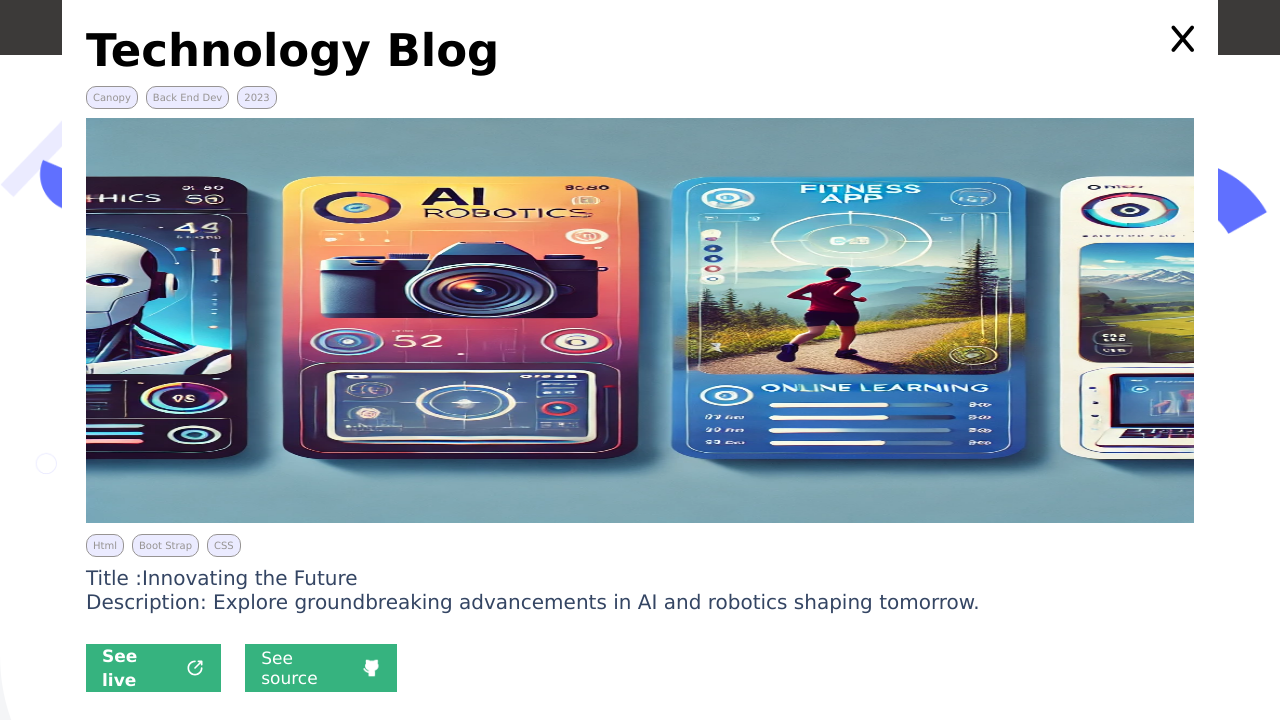
Repository: usman3123/portfolio-template-3
Page: index.html
An editor plug-in stored every save of this project. The page is shown before and after the next save, followed by the edit.
The browser window is 1280 px wide. The pictures show the window.
Empty fields were first filled with sample values (such as "Sample", 5 or name@example.com).
After loading, the first visible `#cardbtn` was clicked once.
A layer covers the whole window, so only the first screen is drawn. Some web libraries are served in a nearby version.

Above is the page before, as saved 2025-02-03 12:08:58.

### index.html
<!DOCTYPE html>
<html lang="en">
<head>
  <meta charset="UTF-8">
  <meta name="viewport" content="width=device-width, initial-scale=1.0">
  <title>project 2</title>
  <link rel="stylesheet" href="style.css">
  <link href='https://unpkg.com/boxicons@2.1.4/css/boxicons.min.css' rel='stylesheet'>
  <link rel="stylesheet" href="https://cdnjs.cloudflare.com/ajax/libs/font-awesome/6.6.0/css/all.min.css" integrity="sha512-Kc323vGBEqzTmouAECnVceyQqyqdsSiqLQISBL29aUW4U/M7pSPA/gEUZQqv1cwx4OnYxTxve5UMg5GT6L4JJg==" crossorigin="anonymous" referrerpolicy="no-referrer" />
  <link rel="stylesheet" href="https://cdnjs.cloudflare.com/ajax/libs/font-awesome/6.6.0/css/all.min.css" integrity="sha512-Kc323vGBEqzTmouAECnVceyQqyqdsSiqLQISBL29aUW4U/M7pSPA/gEUZQqv1cwx4OnYxTxve5UMg5GT6L4JJg==" crossorigin="anonymous" referrerpolicy="no-referrer" />

  <link rel="stylesheet" href="https://cdnjs.cloudflare.com/ajax/libs/font-awesome/6.7.2/css/all.min.css">
  <link rel="preconnect" href="https://fonts.googleapis.com">
<link rel="preconnect" href="https://fonts.gstatic.com" crossorigin>
<link href="https://fonts.googleapis.com/css2?family=Poppins:ital,wght@0,100;0,200;0,300;0,400;0,500;0,600;0,700;0,800;0,900;1,100;1,200;1,300;1,400;1,500;1,600;1,700;1,800;1,900&display=swap" rel="stylesheet">
</head>

<body>
<section class="wholebody">
  <section class="webpage">
    <!-- Navbar -->

   <div class="hero-page">
    <div class="header-div">
      <nav class="nav-bar flex">
          <h4 class="nav-heading">My Logo</h4>
          <div class="nav-links flex">
              <a href="#myportfolio" class="link">Portfolo</a>
              <a href="#myabout" class="link">About</a>
              <a href="#mycontact" class="link" >Contact</a>
          </div>
          <i class="fa-solid fa-light fa-bars fa-xl " id="nav-icon"></i>
      </nav>
  </div>

    <!-- Main Content -->
    <section id="myportfolio" class="hero-section flex">
      <div class="hero-content flex">
          <h1 class="hero-head"> I'm USMAN!
            Glad to see you.
        </h1>
        <p class="hero-p">
           I'm a software developer! I can help you build a product , feature or website Look through  some of my work and experience! If you like what you see and have a project you need coded, don’t hesitate to contact me.
        </p>
       <p class="let-connect"> LET'S CONNECT</p>

        <div class="icons flex">
            <img src="/assets/twitter.png" class="media-icon">
            <img src="assets/Linkedin.png" class="media-icon">
            <img src="assets/M.png" class="media-icon">
            <img src="assets/Github.png" class="media-icon">
            <img src="assets/V.png" class="media-icon">
        </div>
      </div>
    </section>

   </div>
    <!-- Cards Section -->

    <div class="overlay">
      <section class="cards flex">

      </section>

    </div>

     <!-- ABOUT MYSELF -->

     <section id="myabout" class="about flex">

      <div class="about-intro flex">
        <h1 class="about-head">About Myself</h1>
        <p class="about-paragraph">Hello I'm a software developer! I can help you build a product , feature or website Look through some of my work and experience! If you like what you see and have a project you need coded, don't hesitate to contact me.</p>
          <p class="connect">Let's Connect</p>
          <div class="icons flex icon-gap">
            <img src="assets/twitter.png" class="twitter">
            <img src="assets/Linkedin.png" class="inimage">
            <img src="assets/M.png" class="mimage">
            <img src="assets/Github.png" class="tomimage">
            <img src="assets/V.png" class="protocol">
        </div>
        <button class="content-btn rsm-btn"> Get my resume</button>
      </div>

      <div class="about-skills flex">
        <div class="about-all flex">
          <p>Languages</p>
          <i class='bx bx-chevron-down'></i>
        </div>
        <div class="about-lang flex">
          <div class="about-lang-img flex">
            <i class="fa-brands fa-js sty-i" style="color: #ff0000;"></i>
            <p>JavaScript</p>
          </div>
          <div class="about-lang-img flex">
            <i class="fa-brands fa-html5 sty-i" style="color: #FFD43B;"></i>
            <p>Html</p>

          </div>
          <div class="about-lang-img flex">
            <i class="fa-brands fa-css3-alt sty-i" style="color: #74C0FC;"></i>
            <p>css</p>
          </div>
        </div>
        <div class="about-all flex">
          <p> Frameworks</p>
          <i class='bx bx-chevron-right'></i>
        </div>
        <div class="about-all flex">
          <p>Skills</p>
          <i class='bx bx-chevron-right'></i>
          </div>
          </div>
    </section>


    <!-- Contact section -->

      <section id="mycontact" class="contact-section flex">
      <h1 class="contact-heading">Contact Me</h1>
      <p class="contact-description flex">
          If you have an application you are interested in developing, a feature that you need built, or a project that needs coding, I'd love to help with it!
      </p>
      <form class="contact-form flex">
          <input class="form-input" type="text" placeholder="Your Name">
          <input class="form-input" type="email" placeholder="Your Email">
          <textarea class="form-message" placeholder="Write your message here..."></textarea>
          <button class="form-button flex">Get in Touch</button>
      </form>

  </section>
  </section>

</section>
<div class="container"></div>


<script src="index.js"></script>
</body>
</html>

### style.css
*{
    margin: 0;
    padding: 0;
    box-sizing: border-box;
}

body {
    font-family: Verdana, Geneva, Tahoma, sans-serif;
    background-color: #f4f5f7;
    position: relative;
}


.flex {
    display: flex;
}

/* nav-bar */

.header-div {
    background-color: #3c3a39;
    width: 100%;
}

.nav-bar {
    justify-content: space-between;
    color: white;
    max-width: 1204px;
    align-items: center;
    padding: 10px 24px;
}

.nav-heading {
    font-size: 30px;
    padding-left: 120px;
}

.nav-links {
    gap: 40px;
    align-items: center;
    font-size: 25px;
    display: none;
}
.nav-icon {
    display: flex;
    width: 24px;
}



/* hero-section */

.hero-page {
    background-color: white;
    border-bottom-left-radius: 190px;
    background-image: url(/assets/Header\ bg@2x.png);
    background-size: contain;
    max-height: 846px;
    background-position: center;
    background-repeat: no-repeat;
    max-width: 1440px;
}
.hero-section {
    height: 846px;
    align-items: center;
    justify-content: center;
    padding-left: 20%;
}
.hero-content {
    flex-direction: column;
    gap: 20px;
}
.hero-head {
    font-size: 48px;
    font-weight: 700;
    width: 35%;
}

.hero-p {
    font-size: 25px;
    line-height: 28px;
    color: #344563;

    width: 73%;
}

.let-connect {
    color: #1d32f7;
    font-size: 20px;
    font-weight: 500;
    line-height: 24px;
}

.media-icon {
    height: 35px;
}

.icons {
    gap: 10px;
}

.nav-head {
    max-width: 1440px;
    width: 100%;
}
.enable {
    color: blue;
}
.link {
    color: white;
    text-decoration: none;
}

/* card-section */

.cards {
    flex-direction: column;
    align-items: center;
    gap:142px;
    padding: 24px;
    position: relative;
}
.card {
    background-color: white;
    max-width: 1156px;
    max-height: 496px;
    width: 100%;
    padding: 24px;
    gap: 20px;
}
.card-img {
    max-width: 544px;
    width: 50%;
    border-radius:8px ;
}

.card-content {
    flex-direction: column;
    gap: 24px;
}

.card-head {
    font-size: 40px;
    font-weight: 700;
    line-height: 52px;
}
#photo-content {
    font-size: 40px;
    font-weight: 700;
    line-height: 52px;
}
.content-p {
    font-size: 20px;
    font-weight: 400;
    line-height: 24px;
}
.content-sp {
    font-size: 20px;
    font-weight: 400;
    line-height: 24px;
}

.languages {
    gap: 8px;
    align-items: center;
}

.lang {
    padding: 4px 12px;
    color: #6070ff;
    background-color: #ebebff;
    border-radius: 10px;
}

.content-btn {
    max-width: 126px;
    width: 100%;
    padding: 4px 12px;
    color: #6070ff;
    background-color: #ebebff;
    border-radius: 10px;
    padding: 10px;
    border: 1px solid blue;
    font-size: 15px;
}

/* about-section */

.about {
    padding: 10%;
    gap: 30px;
}

.about-intro {
    flex-direction: column;
    max-width: 447px;
    max-height: 331px;
    gap: 10px;
}

.about-head {
    font-size: 30px;
    font-weight: 700;
    line-height: 52px;
}
.about-paragraph {
    font-size: 16px;
    line-height: 24px;
}
.connect {
    color: #6070ff;
    font-size: 25px;
}

.about-skills {
    max-width: 684px;
    flex-direction: column;
    width: 100%;
    gap: 20px;
}

.about-all {
    justify-content: space-between;
    font-size: 25px;
}
.about-lang {
    gap: 20px;
    padding: 12px;
}
.about-lang-img {
    flex-direction: column;
    gap: 12px;
}
.sty-i {
    font-size: 80px;
}
.about-lang-img > p {
    font-size: 25px;
}
.contact-section {
    flex-direction: column;
    align-items: center;
    gap: 24px;
    background-color: #6070ff;
    background-image: url(/assets/contact\ form\ background\ shapes@2x.png);
    background-size: contain;
    background-repeat: no-repeat;
    border-top-left-radius: 100px;
    padding: 100px 24px;
}
.contact-heading {
    font-size: 3rem;
    font-weight: 700;
    line-height: 5.2rem;
    color: white;
}
.contact-description {
    max-width: 569px;
    font-size: 1.5rem;
    text-align: center;
    color: white;
    max-height: 137px;

}
.contact-form {
    gap: 27px;
    flex-direction: column;
    max-width: 447px;
    width: 100%;
    align-items: center;
}

.form-input {
    padding: 15px 16px;
    background-color: white;
    color: black;
    font-size: 20px;
    width: 100%;
}
.form-message {
    color: black;
    font-size: 20px;
    padding: 15px 16px;
    height: 170px;
    width: 100%;
}
.form-button {
    padding: 12px 15px;
    color: blue;
    font-size: 17px;
    font-weight: 500;
    align-items: center;
    width: 130px;
}
html {
    font-size: 62.5%;
}

.container {
    max-width: 1156px;
    width: 100%;

}

.inner-container {
    padding: 24px;
    width: 100%;
    height: 100%;
    max-width: 1156px;
    max-height: 1163px;
    position: absolute;
    top: 228%;
    left: 50%;
    transform: translate(-50%,-50%);
    background-color: white;

}
.overlay {
    width: 100%;
    height: 100%;
    background: #f4f5f7;
    backdrop-filter: blur(8px);
}
.remove {
    display: none;
}

.blur {
    filter: blur(15px);
}
.heading > h2{
    align-items: center;
    justify-content: space-between;
}

.languages {
    gap: 8px;
}


.wrapimg {
    width: 100%;
    height: 60.3%;
    max-width: 1108px;
    max-height: 586px;
}

.p3 {
    display: none;
}

.paragraph {
    color: #344563;
    font-size: 2rem;
}

.btnimg {
    width: 20px;
    height: 20px;
}

.livebtn {
    width: 43.6%;
    height: 48px;
    gap: 20px;
    padding: 12px 16px;
    background-color: #36B37F;
    color: white;
    font-size: 17px;
    align-items: center;
}

.sourcebtn {
    width: 49%;
    height: 48px;
    gap: 20px;
    padding: 12px 16px;
    background-color: #36B37F;
    color: white;
    font-size: 17px;
    align-items: center;
}

.livebtn > p {
    font-size: 1.7rem;
    line-height: 2.4rem;
    font-weight: 700;
}

.buttons {
    width: 311px;
    height: 56px;
    gap: 24px;
    margin-top: 30px;
}

.btnimg {
    filter: brightness(0) invert(1);
}

.languages {
    padding: 9px 0;
}

.heading > h2 {
    font-size: 32px;
    line-height: 44px;
}
.icon-head {
    justify-content: space-between;
    font-size: 3rem;
}
.lang {
    font-size: 1rem;
    color: #979493;
    padding: 5px 6px;
    border: 1px solid #979493;
}

.style {
    position: fixed;
    transform: translate(-50%,-50%);
    top: 50%;
}

@media (max-width :600px) {
    .p1 {
     display: none;;
    }

    .p2 {
        display: none;
    }

    .p3 {
        display: block;
    }

    .wrap {
        flex-direction: column;
        padding-top: 20px;
    }

    .wrapimg {
        width: 100%;
        height: 29.3%;
        max-width: 872px;
        max-height: 616px;
    }

}








@media (max-width : 1100px) {
    .hero-head {
        width: 53%;
    }
    .card-head {
        font-size: 2rem;
    }
    #photo-head {
        font-size: 27px;
    }
    .content-p {
        font-size: 15px;
    }
    .content-sp {
        font-size: 15px;
        display: none;
    }
    .card-content {
        gap: 20px;
    }

}
@media (max-width :870px) {
    .card {
        flex-direction: column;
        max-height: 552px;
        padding: 16px;
    }
    .card {
        max-width: 327px;
    }
    .about {
        flex-direction: column;
    }
    .nav-heading {
        padding-left: 0px;
    }


}
@media (max-width : 870px) {
    .hero-head {
        width: 100%;
    }
    .hero-section {
        padding: 24px;
    }
    .hero-p {
        width: 100%;
    }
    .card-img {
        width: 100%;
        height: 18vh;
    }
    .card-content {
        gap: 2px;
    }
}
@media (min-width : 700px) {
    .nav-links {
        display: flex;
    }
    #nav-icon {
        display: none;
    }

}
@media (min-width : 1441px) {
    .card-content {
        gap: 30px;
    }
}

### index.js
arr = [
    {
        img : "/assets/card-1img.webp",
        h2 : "Technology Blog",
        paragraph1 : "Title :Innovating the Future",
        p_description : "Description: Explore groundbreaking advancements in AI and robotics shaping tomorrow.",
        paragraph2 :"Image Idea: A futuristic image showing AI robots collaborating with humans.",
        lang1 : "Html",
        lang2 : "CSS",
        lang3 : "JavaScript",
        lang5 : "Boot Strap",
        button : "See Project",
        year : "2023",
        cardimg : "/assets/card-1img.webp"
    },
    {
        img : "/assets/card-2img.webp",
        h2 : "Photography Portfolio",
        paragraph1 : "Title: Lens Stories",
        p_description : "Description: A collection of awe-inspiring moments captured around the globe.",
        paragraph2 :"Image Idea: A scenic view of mountains or a person with a camera.",
        lang1 : "Html",
        lang2 :"Ruby on Rails",
        lang3 : "CSS",
        lang4 : "JavaScript",
        lang5 : "Boot Strap",
        button : "See Project",
        year : "2024",
        cardimg :"/assets/card-2img.webp"
    },
    {
        img : "/assets/card-3img.webp",
        h2 : "Fitness App",
        paragraph1 : "Title: oveSmart",
        p_description :"Description: Your companion for tracking workouts and achieving fitness goals.",
        paragraph2 :"Image Idea: A person jogging with fitness metrics displayed.",
        lang1 : "Html",
        lang2 :"Ruby on Rails",
        lang3 : "CSS",
        lang4 : "JavaScript",
        lang5 : "Boot Strap",
        button : "See Project",
        year : "2025",
        cardimg : "/assets/card-3img.webp"
    },
    {
        img : "/assets/card-4img.webp" ,
        h2 : "Online Learning",
        paragraph1 : "Title: Skillify",
        p_description : "Description: Join courses from world-class instructors and master new skills.",
        paragraph2 :"Image Idea: A laptop with an open notebook and a student studying.",
        lang1 : "Html",
        lang2 :"Ruby on Rails",
        lang3 : "CSS",
        lang4 : "JavaScript",
        lang5 : "Boot Strap",
        button : "See Project",
        year : "2025",
        cardimg :"/assets/card-4img.webp"
    }
]

const cards = document.querySelector(".cards");
const body = document.querySelector("body");
const overlay = document.querySelector(".overlay");
const bodyy = document.querySelector(".wholebody");
const page =

arr.forEach((element) => {
    cards.innerHTML += `<div class="card flex">
      <img class="card-img" src= ${element.img} alt="CARD_!_IMG">
      <div class="card-content flex">
        <h2 class="card-head">${element.h2}</h2>
        <p class="content-p">${element.paragraph1}</p>
        <p class="content-sp">${element.p_description}</p>
        <p class="content-p">${element.paragraph2}</p>
        <div class="languages flex">
          <p class="lang">${element.lang1}</p>
          <p class="lang">${element.lang2}</p>
          <p class="lang">${element.lang3}</p>
        </div>
        <button id = "cardbtn" class="content-btn">${element.button}</button>
      </div>
    </div>
`
});
document.querySelectorAll("#cardbtn").forEach((btn, index) => {
  btn.addEventListener("click", () => {
    popup(arr[index]);
    overlay.classList.add("blur");
    document.querySelector(".inner-container").classList.add("style");
    document.querySelector(".container").style.display = "block";
  });
});
function popup(element) {
  const popup = document.querySelector(".container");
    popup.innerHTML =
      `<div class="inner-container">
    <div class="icon-head flex">
        <h2 class="heading flex">${element.h2}</h2>
        <i class="fa-solid fa-x" id = "close-popup" ></i>
    </div>
    <div class="languages flex">
        <p class="lang">Canopy</p>
        <p class="lang">Back End Dev</p>
        <p class="lang">${element.year}</p>
    </div>
    <img src= ${element.cardimg} class="wrapimg">
    <div class="languages flex">
        <p class="lang">${element.lang1}</p>
        <p class="lang">${element.lang5}</p>
        <p class="lang">${element.lang2}</p>
    </div>

    <div class="paragraph">
        <p class="p1">${element.paragraph1}</p>
        <p class="p2">${element.p_description}</p>
        <p class="p3">${element.paragraph2}</p>
    </div>

    <div class="buttons flex">
        <div class="livebtn flex">
            <p>See live</p>
            <img src="/assets/Icon - Export.svg" class="btnimg">
        </div>
        <div class="sourcebtn flex">
            <p>See source</p>
            <img src="/assets/Icon -GitHub.png" class="btnimg">
        </div>
    </div>

    </div>`;

    document.querySelector("#close-popup").addEventListener("click", () => {
      popup.style.display = "none";
      overlay.classList.remove("blur");
    });
  }

















{/* <div class="inner-container">
<div class="icon-head flex">
    <h2 class="heading flex">Tonic</h2>
    <i class="fa-solid fa-x" ></i>
</div>
<div class="languages flex">
    <p class="lang">Canopy</p>
    <p class="lang">Back End Dev</p>
    <p class="lang">2015</p>
</div>
<img src="/assets/Snapshoot Portfolio.png" class="wrapimg">
<div class="languages flex">
    <p class="lang">HTML</p>
    <p class="lang">Bootstrap</p>
    <p class="lang">Ruby on rails</p>
</div>

<div class="paragraph">
    <p class="p1">Lorem Ipsum is simply dummy text of the printing and typesetting industry. Lorem Ipsum has been the industry's standard dummy text ever since the 1500s, when an unknown printer took a galley of type and scrambled it 1960s.</p>
    <p class="p2">Lorem Ipsum is simply dummy text of the printing and typesetting industry. Lorem Ipsum has been the industry's standard dummy text ever since the 1500s, when an unknown printer took a galley of type and scrambled it 1960s with the releax map lapora verita.</p>
    <p class="p3">Lorem Ipsum is simply dummy text of the printing and typesetting industry. Lorem Ipsum has been the industry's standard dummy text ever since the 1500s, when an unknown printer took a galley of type and scrambled it to make a type specimen book. It has survived not only five centuries, but also the leap into electronic typesetting, remaining essent</p>
</div>

<div class="buttons flex">
    <div class="livebtn flex">
        <p>See live</p>
        <img src="/assets/Icon - Export.svg" class="btnimg">
    </div>
    <div class="sourcebtn flex">
        <p>See source</p>
        <img src="/assets/Icon -GitHub.png" class="btnimg">
    </div>
</div>

</div>
 */}














/* <div class="card flex">
      <img class="card-img" src="/assets/card-1img.webp" alt="CARD_!_IMG">
      <div class="card-content flex">
        <h2 class="card-head">Technology Blog</h2>
        <p class="content-p">Title: "Innovating the Future"</p>
        <p class="content-sp">Description: "Explore groundbreaking advancements in AI and robotics shaping tomorrow."</p>
        <p class="content-p">Image Idea: A futuristic image showing AI robots collaborating with humans.</p>
        <div class="languages flex">
          <p class="lang">Html</p>
          <p class="lang">CSS</p>
          <p class="lang">JavaScript</p>
        </div>
        <button class="content-btn">See Project</button>
      </div>
    </div>
    <div class="card flex">
      <img class="card-img" src="/assets/card-2img.webp" alt="CARD_!_IMG">
      <div class="card-content flex">
        <h2 id="photo-head">Photography Portfolio</h2>
        <p class="content-p">Title: "Lens Stories"<p>
        <p class="content-sp">Description: "A collection of awe-inspiring moments captured around the globe."</p>
        <p class="content-p">Image Idea: A scenic view of mountains or a person with a camera.
        </p>
        <div class="languages flex">
          <p class="lang">Html</p>
          <p class="lang">Ruby on Rails</p>
          <p class="lang">CSS</p>
          <p class="lang">JavaScript</p>
        </div>
        <button class="content-btn">See Project</button>
      </div>
    </div>
    <div class="card flex">
      <img class="card-img" src="/assets/card-3img.webp" alt="CARD_!_IMG">
      <div class="card-content flex">
        <h2 class="card-head">Fitness App</h2>
        <p class="content-p">Title: "MoveSmart"<p>
        <p class="content-sp">Description: "Your companion for tracking workouts and achieving fitness goals."</p>
        <p class="content-p">Image Idea: A person jogging with fitness metrics displayed.</p>
        <div class="languages flex">
          <p class="lang">Html</p>
          <p class="lang">Ruby on Rails</p>
          <p class="lang">CSS</p>
          <p class="lang">JavaScript</p>
        </div>
        <button class="content-btn">See Project</button>
      </div>
    </div>
    <div class="card flex">
      <img class="card-img" src="/assets/card-4img.webp" alt="CARD_!_IMG">
      <div class="card-content flex">
        <h2 class="card-head">Online Learning</h2>
        <p class="content-p">Title: "Skillify"p>
        <p class="content-sp">Description: "Join courses from world-class instructors and master new skills."</p>
        <p class="content-p">Image Idea: A laptop with an open notebook and a student studying.</p>
        <div class="languages flex">
          <p class="lang">Html</p>
          <p class="lang">Ruby on Rails</p>
          <p class="lang">CSS</p>
          <p class="lang">JavaScript</p>
        </div>
        <button class="content-btn">See Project</button>
      </div>
    </div> */

After the next save:
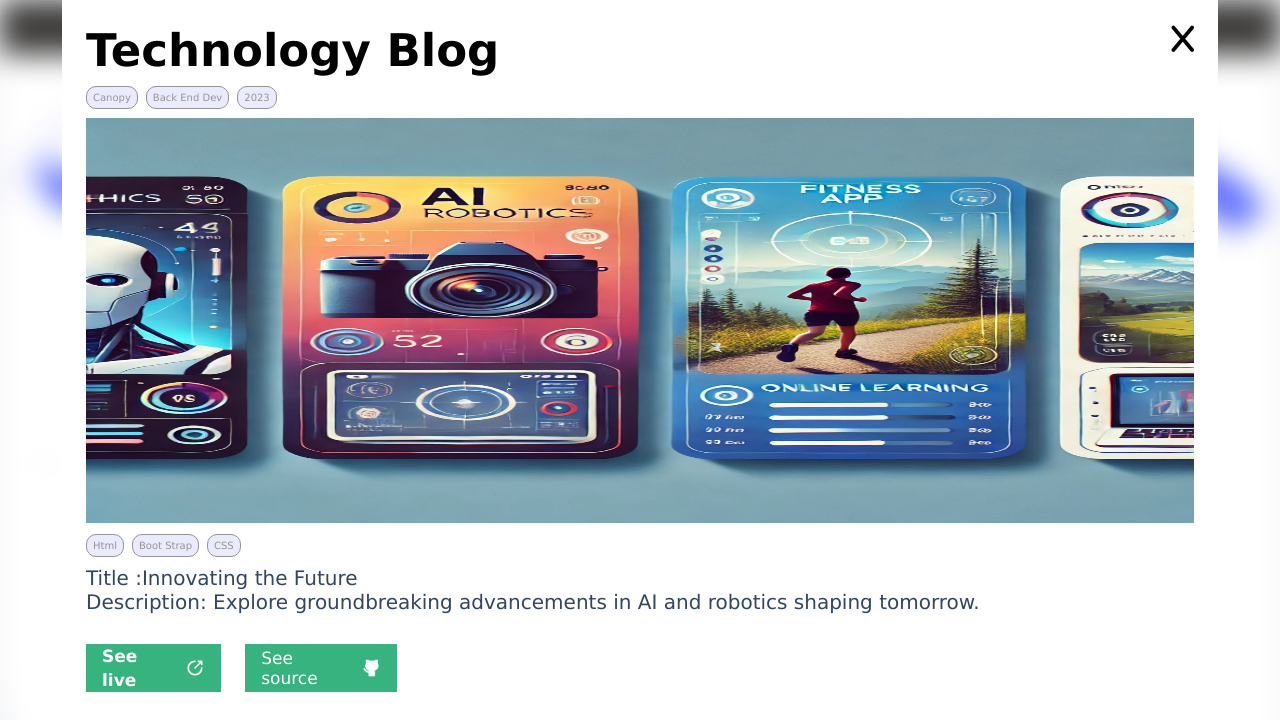
Saved 27 s later.
--- a/index.js
+++ b/index.js
@@ -64,7 +64,6 @@ const cards = document.querySelector(".cards");
 const body = document.querySelector("body");
 const overlay = document.querySelector(".overlay");
 const bodyy = document.querySelector(".wholebody");
-const page =
 
 arr.forEach((element) => {
     cards.innerHTML += `<div class="card flex">
@@ -87,7 +86,7 @@ arr.forEach((element) => {
 document.querySelectorAll("#cardbtn").forEach((btn, index) => {
   btn.addEventListener("click", () => {
     popup(arr[index]);
-    overlay.classList.add("blur");
+    bodyy.classList.add("blur");
     document.querySelector(".inner-container").classList.add("style");
     document.querySelector(".container").style.display = "block";
   });
@@ -133,7 +132,7 @@ function popup(element) {
 
     document.querySelector("#close-popup").addEventListener("click", () => {
       popup.style.display = "none";
-      overlay.classList.remove("blur");
+      bodyy.classList.remove("blur");
     });
   }
 
